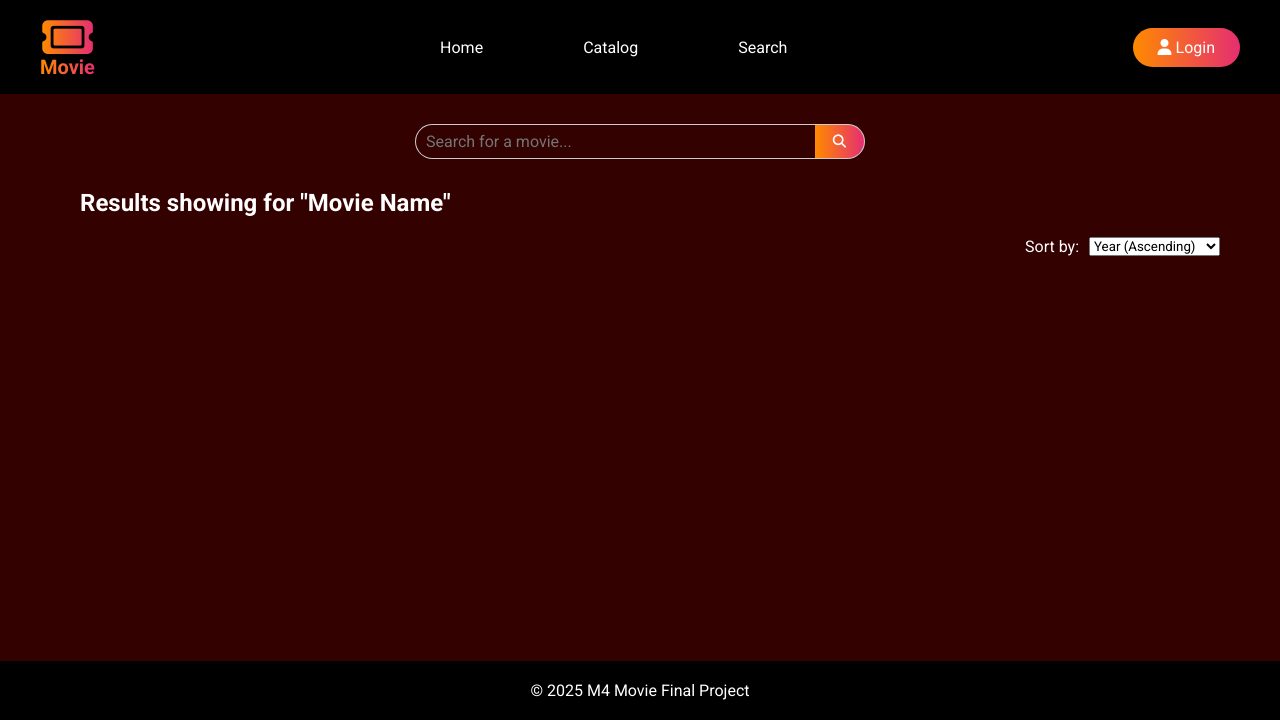
Repository: avivanguyen/m4_movie-FinalProject
Page: index.html
An editor plug-in stored every save of this project. The page is shown before and after the next save, followed by the edit.
The browser window is 1280 px wide. The pictures show the whole page.
Some web libraries are served in a nearby version.

Above is the page before, as saved 2025-12-30 08:02:46.

After the next save:
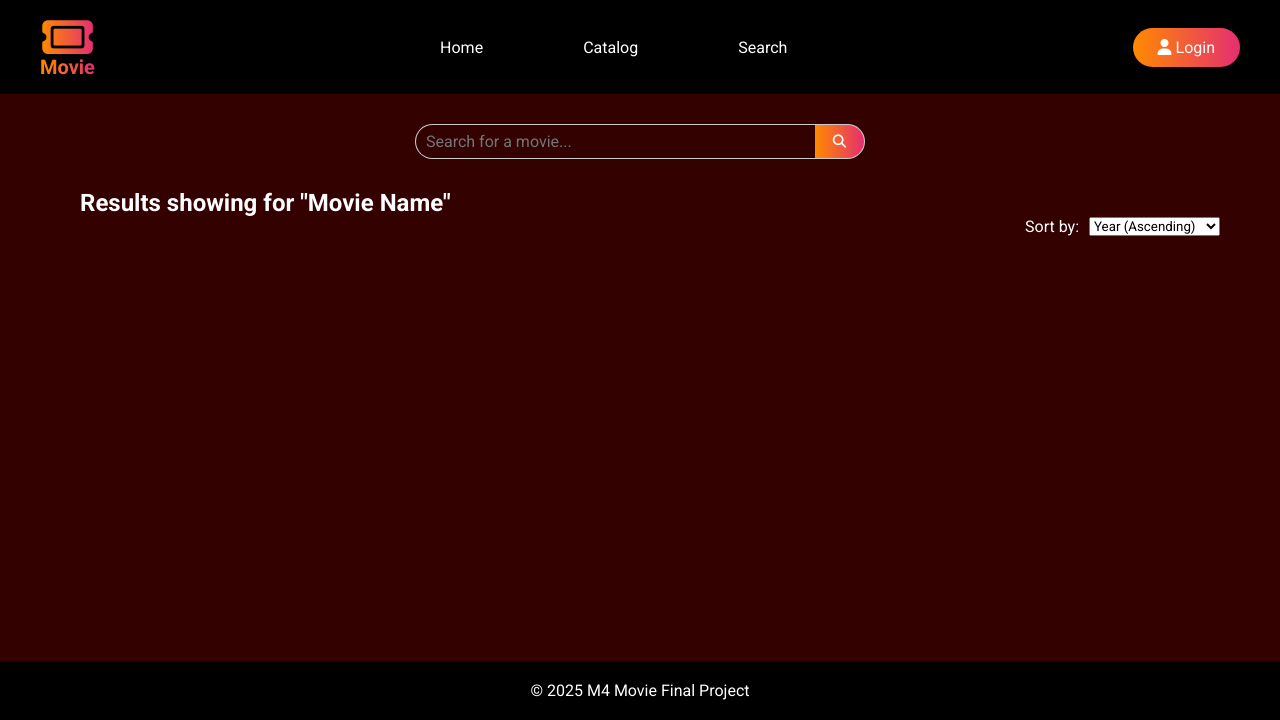
Saved 8 s later.
--- a/styles.css
+++ b/styles.css
@@ -156,7 +156,7 @@ SEARCH STYLES
     display: flex;
     justify-content: flex-end;
     align-items: center;
-    margin-top: -20px;
+    margin-top: -40px;
 }
 
 /*
